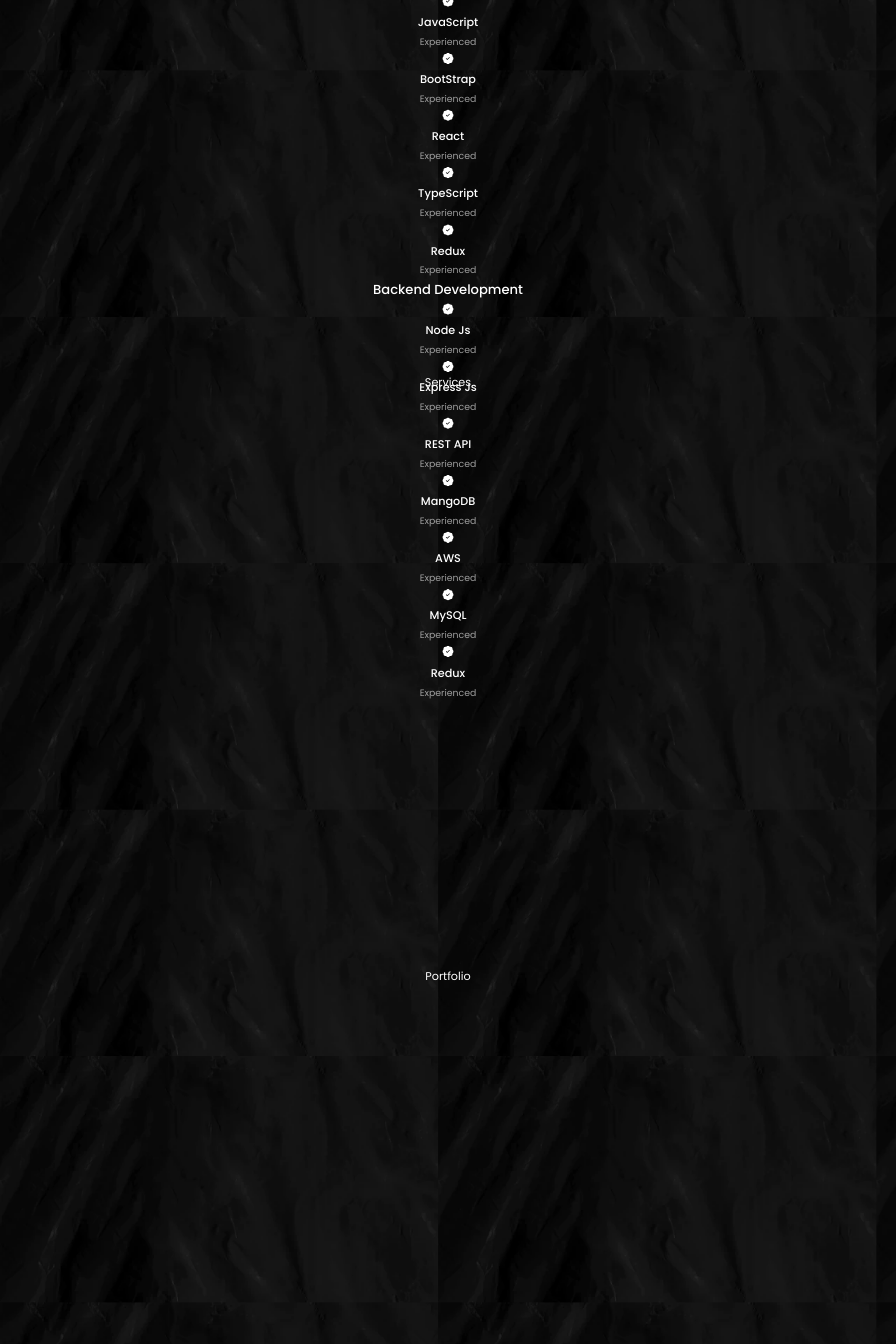
Repository: mayuri2018/Mr_react_portfolio
Page: /
The author's editor kept a copy of each file at every save. The page is drawn from the files as they stood at one save, then again after the next save.
The browser window is 1280 px wide. The pictures show the part of the page from y = 2011 to 3931 px (the page is 5835 px tall), at 70% of full size.
The project was rebuilt for these pictures with package versions that can differ from the ones it lists, and the page was loaded fresh each time. Also part of the build but not shown: src/components/experience/experience.css, src/components/services/services.css, src/components/portfolio/portfolio.css, src/components/testimonials/testimonials.css, src/components/contact/contact.css, src/components/footer/footer.css.

Above is the page before, as saved 2023-01-25 14:07:07.

### public/index.html
<!DOCTYPE html>
<html lang="en">
  <head>
    <meta charset="utf-8" />
    <link rel="icon" href="%PUBLIC_URL%/favicon.ico" />
    <meta name="viewport" content="width=device-width, initial-scale=1" />
    <meta name="theme-color" content="#000000" />
    <meta
      name="description"
      content="Web site created using create-react-app"
    />
    <link rel="apple-touch-icon" href="%PUBLIC_URL%/logo192.png" />
    <!--
      manifest.json provides metadata used when your web app is installed on a
      user's mobile device or desktop. See https://developers.google.com/web/fundamentals/web-app-manifest/
    -->
    <link rel="manifest" href="%PUBLIC_URL%/manifest.json" />
    <!--
      Notice the use of %PUBLIC_URL% in the tags above.
      It will be replaced with the URL of the `public` folder during the build.
      Only files inside the `public` folder can be referenced from the HTML.

      Unlike "/favicon.ico" or "favicon.ico", "%PUBLIC_URL%/favicon.ico" will
      work correctly both with client-side routing and a non-root public URL.
      Learn how to configure a non-root public URL by running `npm run build`.
    -->
    <title>React portfolio</title>
  </head>
  <body>
    <noscript>You need to enable JavaScript to run this app.</noscript>
    <div id="root"></div>
    <!--
      This HTML file is a template.
      If you open it directly in the browser, you will see an empty page.

      You can add webfonts, meta tags, or analytics to this file.
      The build step will place the bundled scripts into the <body> tag.

      To begin the development, run `npm start` or `yarn start`.
      To create a production bundle, use `npm run build` or `yarn build`.
    -->
  </body>
</html>

### src/index.css
@import url('https://fonts.googleapis.com/css2?family=Poppins:wght@300;400;500;600&display=swap');
*{
  margin:0;
  padding: 0;
  border: 0;
  outline: 0;
  box-sizing:border-box;
  list-style: none;
  text-decoration: none;
}
:root{
  --color-bg:#1f1f38;
  --color-bg-variant:#2c2c6c;
  --color-primary:#4db5ff;
  --color-primary-vriant:rgba(77,181,255,0.4);
  --color-white:#fff;
  --color-light:rgba(255, 255, 255, 0.6);
  --transition: all 400ms;
  --container-width-lg:75%;
  --container-width-md:86%;
  --container-width-ms:90%;
}

html {
  scroll-behavior: smooth;
}

::-webkit-scrollbar{
  display: none;
}
body{
  font-family: "Poppins", sans-serif;
  background:var (--color-white);
  color: var(--color-white);
  line-height: 1.7;
  background-image: url(../src/assets/bg-texture.webp);
}
/*---------general style---------*/
.container{
  width: var(--container-width-lg);
  margin: 0 auto;
}

h1,
h2,
h3,
h4,
h5{
  font-weight:500;
}
h1{
  font-size: 2.5rem;
}
section{
  margin-top: 8rem;
  height: 100vh;
}
section > h2,
section >h5{
  text-align: center;
  color: var(--color-light);
}
section > h2{
  color: var(--color-primary);
  margin-bottom: 3rem;
}
.text-light{
  color: var(--color-light);
}
a{
  color: var(--color-primary);
  transition: var(--transition);
}
a:hover{
  color: var(--color-white);
}
.btn{
  width: max-content;
  display: inline-block;
  color: var(--color-primary);
  padding: 0.75rem 1.2rem;
  border-radius: 0.4rem;
  cursor: pointer;
  border: 1px solid var(--color-primary);
  transition: var(--transition);
}
.btn:hover{
  background: var(--color-white);
  color: var(--color-bg);
  border-color: transparent;
}
.btn-primary{
  background: var(--color-primary);
  color: var(--color-bg);
}
img{
  display: block;
  width: 100%;
  object-fit: cover;
}
/*----------Media Queries (Medium devices)-----*/
@media screen and (max-width: 1024px){
  .container{
    width: var(--container-width-md);
  }
  section{
    margin-top: 6rem;
  }

}
/*----------Media Queries (small devices)-----*/
@media screen and (max-width: 600px){
  .container{
    width: var(--container-width-md);
  }
  section > h2{
    margin-bottom: 2rem;
  }

}

### src/App.js
import logo from './logo.svg';
import './App.css';
import Header from "./components/header/Header";
import Nav from "./components/nav/Nav";
import About from "./components/about/About";
import Experience from "./components/experience/Experience";
import Services from "./components/services/Services";
import Portfolio from "./components/portfolio/Portfolio";
import Testimonials from "./components/testimonials/Testimonials";
import Contact from "./components/contact/Contact";
import Footer from "./components/footer/Footer";

function App() {
  return (
    <div className="App">
      <Header/>
      <Nav/>
      <About/>
      <Experience/>
      <Services/>
      <Portfolio/>
      <Testimonials/>
      <Contact/>
      <Footer/>

    </div>
  );
}

export default App;

### src/components/header/Header.jsx
import React from "react";
import "./header.css";
import ME from "../../assets/ME.jpeg";
import CTA from "./CTA";
import HeaderSocials from "./HeaderSocials";

export default function Header(){
    return(
        <header>
            <div className="container header_container">
                <h5>Hello I'm</h5>
                <h1>Mayuri Vaddempudi</h1>
                <h5 className="text-light">Fullstack Developer</h5>
                <CTA/>
                <HeaderSocials/>
                <div className="me">
                    <img src={ME} alt="me"/>
                </div>
                <a href="#contact" className="scroll_down">Scroll Down</a>
            </div>
        </header>

    )
}

### src/components/nav/Nav.jsx
import React from "react";
import "./nav.css";
import {AiOutlineHome} from "react-icons/ai";
import {BiBook} from "react-icons/bi";
import {AiOutlineUser} from "react-icons/ai";
import {RiServiceLine} from "react-icons/ri";
import {BiMessageSquareDetail} from "react-icons/bi";
import { useState } from "react";

export default function Nav(){
    const[activeNav, setActiveNav] = useState("#")
    return(
        <nav>
            <a href="#" onClick = {()=> setActiveNav("#")}className={activeNav === "#" ? "active" : ""}><AiOutlineHome/></a>
            <a href="#about" onClick = {()=> setActiveNav("#about")}className={activeNav === "#about" ? "active" : ""}><AiOutlineUser/></a>
            <a href="#experience" onClick = {()=> setActiveNav("#experience")}className={activeNav === "#experience" ? "active" : ""}><BiBook/></a>
            <a href="#services" onClick = {()=> setActiveNav("#services")}className={activeNav === "#services" ? "active" : ""}><RiServiceLine/></a>
            <a href="#contact" onClick = {()=> setActiveNav("#contact")}className={activeNav === "#contact" ? "active" : ""}><BiMessageSquareDetail/></a>
        </nav>

    )
}

### src/components/about/About.jsx
import React from "react";
import "./about.css";
import ME from "../../assets/ME.jpeg";
import{FaAward} from "react-icons/fa";
import{FiUsers} from "react-icons/fi";
import{VscFolderLibrary} from "react-icons/vsc";

export default function About(){
    return(
        <section id="about">
            <h5>Get To Know</h5>
            <h2>About Me</h2>
            <div className="container about_container">
                <div className="about_me">
                    <div className="about_me-image">
                        <img src={ME} alt="About-image"/>
                    </div>
                </div>

                <div className="about_content">
                    <div className="about_cards">
                        <article className="about_card">
                            <FaAward className="about_icon"/>
                            <h5>Experience</h5>
                            <small>4+ Years working</small>
                        </article>

                        <article className="about_card">
                            <FiUsers className="about_icon"/>
                            <h5>Clients</h5>
                            <small>5 Worldwide</small>
                        </article>

                        <article className="about_card">
                            <VscFolderLibrary className="about_icon"/>
                            <h5>Projects</h5>
                            <small>5+ Completed</small>
                        </article>
                    </div>
                    <p>
                    Overall with 4 years of experience including design & developing for building websites.
                    My experience in web design led me to learn technologies such as SEO, Google Analytics,
                    Schema Markup and Wireframe.
                    Passionate about work in cross-functional teams and delivering the best solutions for customers.
                    Currently working on web apps created on ReactJs, Redux, React-router, and Axios.
                    Open for relocation and working as a front-end.
                    </p>
                    <a href="#contact" className="btn-primary">Let's Talk</a>
                </div>
            </div>
        </section>
    )
}

### src/components/experience/Experience.jsx
import React from "react";
import "./experience.css";
import {BsPatchCheckFill} from "react-icons/bs"

export default function Experience (){
    return(
        <section id="experience">
            <h5>What Skills I Have</h5>
            <h2>My Experience</h2>

            <div className="container experience_container">
                <div className="experience_frontend">
                    <h3>Frontend Development</h3>
                    <div className="experience_content">
                        <article className="experience_details">
                            <BsPatchCheckFill/>
                            <h4>HTML</h4>
                            <small className="text-light">Experienced</small>
                        </article>

                        <article className="experience_details">
                            <BsPatchCheckFill/>
                            <h4>CSS</h4>
                            <small className="text-light">Experienced</small>
                        </article>

                        <article className="experience_details">
                            <BsPatchCheckFill/>
                            <h4>JavaScript</h4>
                            <small className="text-light">Experienced</small>
                        </article>

                        <article className="experience_details">
                            <BsPatchCheckFill/>
                            <h4>BootStrap</h4>
                            <small className="text-light">Experienced</small>
                        </article>

                        <article className="experience_details">
                            <BsPatchCheckFill/>
                            <h4>React</h4>
                            <small className="text-light">Experienced</small>
                        </article>

                        <article className="experience_details">
                            <BsPatchCheckFill/>
                            <h4>TypeScript</h4>
                            <small className="text-light">Experienced</small>
                        </article>

                        <article className="experience_details">
                            <BsPatchCheckFill/>
                            <h4>Redux</h4>
                            <small className="text-light">Experienced</small>
                        </article>
                    </div>
                </div>
                <div className="experience_backend">
                <h3>Backend Development</h3>
                    <div className="experience_content">
                        <article className="experience_details">
                            <BsPatchCheckFill/>
                            <h4>Node Js</h4>
                            <small className="text-light">Experienced</small>
                        </article>

                        <article className="experience_details">
                            <BsPatchCheckFill/>
                            <h4>Express Js</h4>
                            <small className="text-light">Experienced</small>
                        </article>

                        <article className="experience_details">
                            <BsPatchCheckFill/>
                            <h4>REST API</h4>
                            <small className="text-light">Experienced</small>
                        </article>

                        <article className="experience_details">
                            <BsPatchCheckFill/>
                            <h4>MangoDB</h4>
                            <small className="text-light">Experienced</small>
                        </article>

                        <article className="experience_details">
                            <BsPatchCheckFill/>
                            <h4>AWS</h4>
                            <small className="text-light">Experienced</small>
                        </article>

                        <article className="experience_details">
                            <BsPatchCheckFill/>
                            <h4>MySQL</h4>
                            <small className="text-light">Experienced</small>
                        </article>

                        <article className="experience_details">
                            <BsPatchCheckFill/>
                            <h4>Redux</h4>
                            <small className="text-light">Experienced</small>
                        </article>
                    </div>
                </div>
            </div>
        </section>
    )
}

### src/components/services/Services.jsx
import React from "react";
import "./services.css";

export default function Services(){
    return(
        <section id="services">Services</section>
    )
}

### src/components/portfolio/Portfolio.jsx
import React from "react";
import "./portfolio.css";

export default function Portfolio(){
    return(
        <section id="portfolio">Portfolio</section>
    )
}

### src/components/testimonials/Testimonials.jsx
import React from "react";
import "./testimonials.css";

export default function Testimonials(){
    return(
        <section id="testimonials">Testimonials</section>
    )
}

### src/components/contact/Contact.jsx
import React from "react";
import "./contact.css";

export default function Contact(){
    return(
        <section id="contact">Contact</section>
    )
}

### src/components/footer/Footer.jsx
import React from "react";
import "./footer.css";

export default function Footer(){
    return(
        <div>Footer</div>
    )
}

### src/components/header/header.css
header{
    height: 100vh;
    padding-top: 7rem;
    overflow: hidden;
}
.header_container{
    text-align: center;
    height: 100%;
    position: relative;
}
/*------------CTA-----------*/
.cta{
    margin-top: 2.5rem;
    display: flex;
    gap: 1.2rem;
    justify-content: center;
}
/*------------headerSocials-----------*/
.header_socials{
    display: flex;
    flex-direction: column;
    align-items: center;
    gap: 0.8rem;
    position: absolute;
    left: 0;
    bottom: 3rem;
}
.header_socials::after{
    content: "";
    width: 1px;
    height: 2rem;
    background: var(--color-primary);
}
/*------------ME-----------*/
.me{
    background: linear-gradient(var(--color-primary), transparent);
    width: 22rem;
    height: 30rem;
    position: absolute;
    left: calc(50% - 11rem);
    margin-top: 4rem;
    border-radius: 12rem 12rem 0 0;
    overflow: hidden;
    padding: 5rem 1.5rem 1.5rem 1.5rem;
}
/*------------scroll down-----------*/
.scroll_down{
    position: absolute;
    right: -2.3rem;
    bottom: 5rem;
    transform: rotate(90deg);
    font-weight: 300;
    font-size: 0.9;
}
/*----------Media Queries (Medium devices)-----*/
@media screen and (max-width: 1024px){
    header{
        height: 68vh;
    }

  }
  /*----------Media Queries (small devices)-----*/
  @media screen and (max-width: 600px){
    header{
        height: 100vh;
    }
    .header_socials,
    .scroll_down{
        display: none;
    }
  }

### src/components/header/CTA.jsx
import React from "react";

export default function CTA(){
    return(
        <div className="cta">
           <a href="{CV}" className="btn">Download CV</a>
           <a href="#contact" className="btn btn-primary">Let's Talk</a>
        </div>
    )
}

### src/components/header/HeaderSocials.jsx
import React from "react";
import {BsLinkedin} from "react-icons/bs";
import {BsGithub} from "react-icons/bs";
import {FaDribbble} from "react-icons/fa";

export default function HeaderSocials(){
    return(
        <div className="header_socials">
            <a href="https://linkedin.com" target="_blank"><BsLinkedin/></a>
            <a href="https://github.com" target="_blank"><BsGithub/></a>
            <a href="https://dribble.com" target="_blank"><FaDribbble/></a>
        </div>
    )
}

### src/components/nav/nav.css
nav{
    background: rgba(0, 0, 0, 0.3);
    width: max-content;
    display: block;
    padding: 0.7rem 1.7rem;
    z-index: 2;
    position: fixed;
    left: 50%;
    transform: translate(-50%);
    bottom: 2rem;
    display: flex;
    gap: 0.8rem;
    border-radius: 3rem;
    backdrop-filter: blur(15px);
}
nav a{
    background: transparent;
    padding: 0.9rem;
    border-radius: 50%;
    display: flex;
    color: var(--color-light);
    font-size: 1.1rem;
}
nav a:hover{
    background:rgba(0, 0, 0, 0.3);
}
nav a.active{
    background: var(--color-bg);
    color: var(--color-white);
}

### src/components/about/about.css
.about_container{
    display: grid;
    grid-template-columns: 35% 50%;
    gap:15%;
}

.about_me{
    width: 100%;
    aspect-ratio: 1/1;
    border-radius: 2rem;
    background: linear-gradient(
        45deg,
        transparent,
        var(--color-primary),
        transparent);
    display: grid;
    place-items: center;
}

.about_me-image{
    border-radius: 2rem;
    overflow: hidden;
    transform: rotate(10deg);
    transition: var(--transition);
}

.about_me-image:hover{
    transform: rotate(0);
}
.about_cards{
    display: grid;
    grid-template-columns: repeat(3, 1fr);
    gap: 1.5em;
}

.about_card{
    background: var(--color-bg-variant);
    border: 1px solid transparent;
    border-radius: 1rem;
    padding: 2rem;
    text-align: center;
    transition: var(--transition);
}

.about_card:hover{
    background: transparent;
    border-color: var(--color-primary-variant);
    cursor: default;
}

.about_icon{
    color: var(--color-primary);
    font-size: 1.4rem;
    margin-bottom: 1rem;
}
.about_card h5{
    font-size: 0.9rem;
}

.about_card small{
    font-size: 0.7rem;
    color: var(--color-light);
}

.about_content p{
    margin: 2rem 0 2.6rem;
    color:var(--color-light);
}

/*----------Media Queries (Medium devices)-----*/
@media screen and (max-width: 1024px){
    .about_container{
        grid-template-columns: 1fr;
        gap:0;
    }
    .about_me{
        width: 50%;
        margin: 1rem 0 1.5rem;
    }

  }
  /*----------Media Queries (small devices)-----*/
  @media screen and (max-width: 600px){
    .about_me{
        width: 65%;
        margin: 0 auto 3rem;
    }
    .about_cards{
        grid-template-columns: 1fr 1fr;
        gap:1rem ;
    }
    .about_content{
        text-align: center;
    }
    .about_content p{
        margin: 1.5rem 0;
    }
  }

Loaded but not shown: src/index.js (common file); src/reportWebVitals.js (common file); src/App.css (common file)

After the next save:
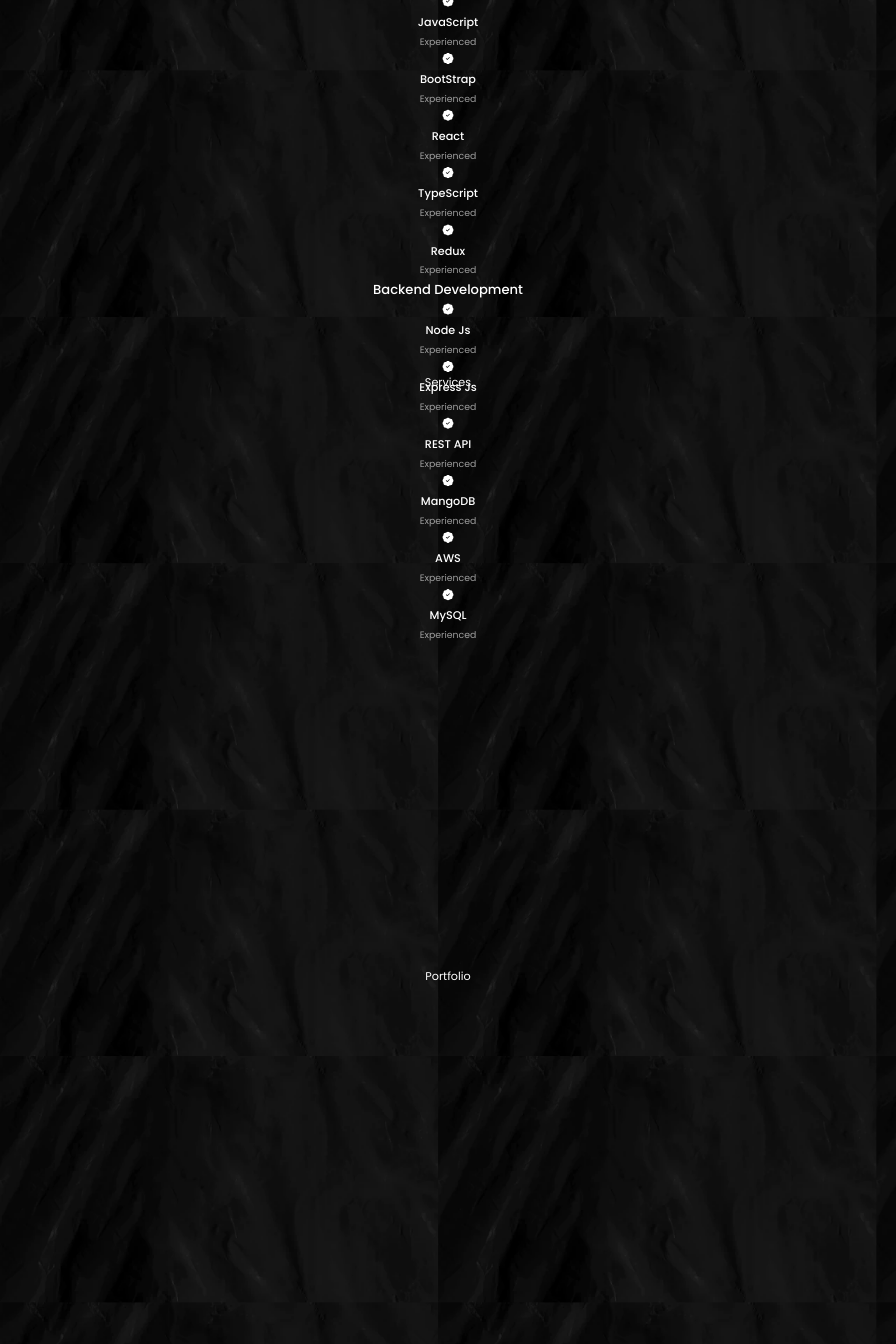
Saved 10 s later.
--- a/src/components/experience/Experience.jsx
+++ b/src/components/experience/Experience.jsx
@@ -93,12 +93,6 @@
                             <h4>MySQL</h4>
                             <small className="text-light">Experienced</small>
                         </article>
-
-                        <article className="experience_details">
-                            <BsPatchCheckFill/>
-                            <h4>Redux</h4>
-                            <small className="text-light">Experienced</small>
-                        </article>
                     </div>
                 </div>
             </div>
